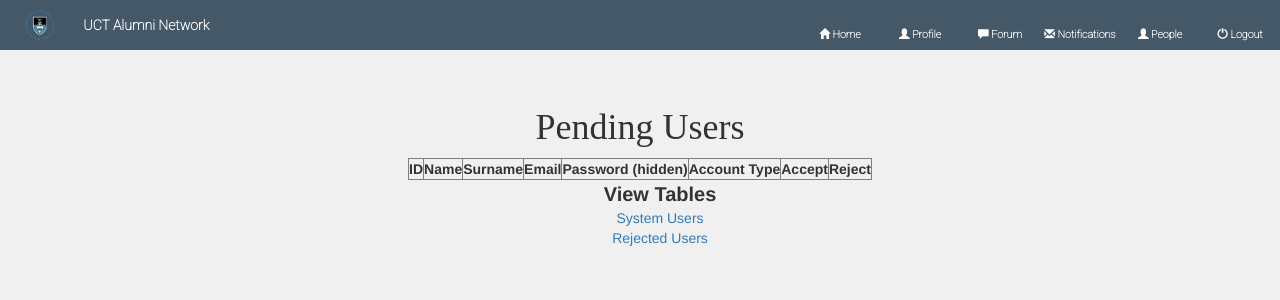
Repository: lorna-k/Workspace
Page: http://localhost/Alumni-2/JSP/PendingUsers.jsp
An editor plug-in stored every save of this project. The page is shown before and after the next save, followed by the edit.
The browser window is 1280 px wide. The pictures show the whole page.
Some web fonts or font styles are not loaded; a fallback is used. The page is served by Tomcat 9. Other server files are loaded and not shown. Queries for data that is not in the repository find no rows.

Above is the page before, as saved 2016-09-15 16:01:10.

### Alumni/Alumni-2/WebContent/JSP/PendingUsers.jsp


<%--
    Document   : AllPost
    Created on : Sep 1, 2016, 10:29:40 PM
    Author     : Skhumbuzo
--%>

<%@ page import="java.sql.*" %>
<%@ page import="dao.DataAccess" %>

<% Class.forName("com.mysql.jdbc.Driver"); %>

<!DOCTYPE html PUBLIC "-//W3C//DTD HTML 4.01 Transitional//EN" "http://www.w3.org/TR/html4/loose.dtd">
<html>
<head>
<meta http-equiv="Content-Type" content="text/html; charset=ISO-8859-1">

<!--|||||||||||||||||| I am sure that we do not have to copy and poster the style tages in every page  ||||||||||||||||||-->

	<meta name="viewport" content="width=device-width, initial-scale=1, maximum-scale=1">
	<meta charset="ISO-8859-1">

	<!-- css -->
	<link rel="stylesheet" href="../css/normalize.css">
	<link rel="stylesheet" href="../css/nav_style.css">
	<link rel="stylesheet" href="../css/site_styles.css">
	<link rel="stylesheet" type="text/css" href="../css/feed_style.css">

	<!-- font -->
	<link href='http://fonts.googleapis.com/css?family=PT+Sans:400,700' rel='stylesheet' type='text/css'>
	<link href="https://fonts.googleapis.com/css?family=Open+Sans|Raleway|Roboto:100" rel="stylesheet">
	<!-- JQuery -->
	<link rel="stylesheet" href="http://maxcdn.bootstrapcdn.com/bootstrap/3.3.7/css/bootstrap.min.css">
  <script src="https://ajax.googleapis.com/ajax/libs/jquery/1.12.4/jquery.min.js"></script>
  <script src="http://maxcdn.bootstrapcdn.com/bootstrap/3.3.7/js/bootstrap.min.js"></script>



	<script>
	$(function() {
		var pull 		= $('#pull');
		menu 		= $('nav ul');
		menuHeight	= menu.height();

		$(pull).on('click', function(e) {
			e.preventDefault();
			menu.slideToggle();
		});

		$(window).resize(function(){
			var w = $(window).width();
			if(w > 320 && menu.is(':hidden')) {
				menu.removeAttr('style');
			}
		});
	 });
	 </script>
	<script>!function(d,s,id){var js,fjs=d.getElementsByTagName(s)[0],p=/^http:/.test(d.location)?'http':'https';if(!d.getElementById(id)){js=d.createElement(s);js.id=id;js.src=p+"://platform.twitter.com/widgets.js";fjs.parentNode.insertBefore(js,fjs);}}(document,"script","twitter-wjs");</script>


   <title>Feeds</title>

</head>
 <body>
	   <div nav-container style="position:fixed; top:0; left:0; right:0; z-index:1">
			<nav style="padding-top:10px">
				<a href="../index.html" class="nav-title"><img class="nav-logo" src="../uct-logo.png"></a>
				<span class="header-title" style="color:white;">UCT Alumni Network</span>
				<ul class="clearfix">
					<li><a href="../index.html"><span class="glyphicon glyphicon-home" aria-hidden="true"></span> Home</a></li>
					<li><a href="../profile.html"><span class="glyphicon glyphicon-user" aria-hidden="true"></span> Profile</a></li>
					<li><a href="Feed.jsp"><span class="glyphicon glyphicon-comment" aria-hidden="true"></span> Forum</a></li>
					<li><a href=""><span class="glyphicon glyphicon-envelope" aria-hidden="true"></span> Notifications</a></li>
					<li><a href=""><span class="glyphicon glyphicon-user" aria-hidden="true"></span> People</a></li>
					<li><a href="../index.html"><span class="glyphicon glyphicon-off" aria-hidden="true"></span> Logout</a></li>
				</ul>
				<a href="#" id="pull">Menu</a>
			</nav>
		</div>

        <H1 align="center" style="margin-top:15vh;font-family:Aria">Pending Users</H1>

        <%
            Connection connection = DriverManager.getConnection("jdbc:mysql://137.158.160.145:3306/ngwphu001", "ngwphu001", "eupheyei");

            Statement statement = connection.createStatement() ;
            ResultSet resultset =
            statement.executeQuery("select * from Pending_Users") ;
        %>
        <div align="center">
			<form action="${pageContext.request.contextPath}/ProcessRequest" method="post">

		        <TABLE BORDER="1">
		            <TR>
		                <TH>ID</TH>
		                <TH>Name</TH>
		                <TH>Surname</TH>
		                <TH>Email</TH>
		                <TH>Password (hidden)</TH>
		                <TH>Account Type</TH>
		                <TH>Accept</TH>
		                <TH>Reject</TH>
		            </TR>
		            <% while(resultset.next())
		            {
		            	String id=resultset.getString(1);
		            	DataAccess da=new DataAccess();
		            %>
		            <TR>
		                <TD> <%= resultset.getString(1) %></TD>
		                <TD> <%= resultset.getString(2) %></TD>
		                <TD> <%= resultset.getString(3) %></TD>
		                <TD> <%= resultset.getString(4) %></TD>
		                <TD align="center"> ****************</TD>
		                <TD> <%= resultset.getString(6) %></TD>
		                <TD><input type="submit" name="accept" value="<%=id%>" style="width:100%" /></TD>
		                <TD><input type="submit" name="reject" value="<%=id%>" style="width:100%" /></TD>
		            </TR>
		            <% } %>
		        </TABLE>

	        </form>


	        <ul style="list-style: none;">
	        	<li><strong style="font-size:20px">View Tables</strong></li>
	        	<li><a href="SystemUsers.jsp">System Users</a></li>
	        	<li><a href="RejectedUsers.jsp">Rejected Users</a></li>
	        </ul>




        </div>



    </BODY>
</HTML>

### Alumni/Alumni-2/WebContent/css/nav_style.css
/* Clearfix */
.clearfix:before,
.clearfix:after {
    content: " ";
    display: table;
}
.clearfix:after {
    clear: both;
}
.clearfix {
    *zoom: 1;
}



/* Basic Styles */
body {
	background-color: #f0f0f0 !important;
}
nav {
	height: 50px;
	width: 100%;
	background: #455868;
	font-family: 'Roboto','Open Sans', 'PT Sans', Arial, sans-serif;
	font-weight: bold;
	position: relative;
	/*border-top: 1px solid #283744;*/
}
img.nav-logo{
	width:30px;
    height:auto;
}
nav ul {
	padding: 0;
	margin: 0 auto;
	width: 480px;
	height: 50px;
	float: right;
}
nav li {
	display: inline;
	float: left;
	font-size: 8pt;
}
nav a {
	color: #fff;
	display: inline-block;
	width: 80px;
	text-align: center;
	text-decoration: none;
	line-height: 50px;
}
nav li a {
	/*border-right: 1px solid #576979;*/
	box-sizing:border-box;
	-moz-box-sizing:border-box;
	-webkit-box-sizing:border-box;
}
/*.nav-container{
	position:fixed;
	top:0;
	left:0;
	right:0;
}*/
.nav-title{
	font-size: 20px;
}
nav a:hover, nav a:active {
	/*background-color: #8c99a4;*/
	text-decoration: none;
	color: #1FBAD6;
	background: rgba(0, 0, 0, .5);

}
nav a#pull {
	display: none;
}

/*Styles for screen 600px and lower*/
@media screen and (max-width: 708px) {
	.nav-logo{
		width: 100%;
		height: inherit;
	}
	nav {
  		height: auto;
  	}
  	nav ul {
  		width: 100%;
  		display: block;
  		height: auto;
  		float: none;
  		border-top: 1px solid #283744;
  	}
  	nav li {
  		width: 50%;
  		float: right;
  		position: relative;
  	}
  	nav li a {
		border-bottom: 1px solid #576979;
		border-right: 1px solid #576979;
	}
  	nav a {
	  	text-align: left;
	  	width: 100%;
	  	text-indent: 25px;
  	}
}

/*Styles for screen 515px and lower*/
@media only screen and (max-width : 707px) {
	.nav-logo{
		display: none;
	}
	nav {
		border-bottom: 0;
	}
	nav ul {
		display: none;
		height: auto;
		float: none;
	}
	nav a#pull {
		display: block;
		background-color: #283744;
		width: 100%;
		position: relative;
	}
	nav a#pull:after {
		content:"";
		background: url('nav-icon.png') no-repeat;
		width: 30px;
		height: 30px;
		display: inline-block;
		position: absolute;
		right: 15px;
		top: 10px;
	}
}

/*Smartphone*/
@media only screen and (max-width : 320px) {
	nav li {
		display: block;
		float: none;
		width: 100%;
	}
	nav li a {
		border-bottom: 1px solid #576979;
	}
}

### Alumni/Alumni-2/WebContent/css/feed_style.css
.posts-section {
   /*margin-left: 200px;
   */
   width:320px;

}
.content{
   /*position: relative;*/
   /*top: 82px;*/
}

.feed-section {
	width: 220px;
	overflow-y: scroll;
/* position: fixed;
    top: 82px;
    right: 300px;
    bottom: 10px;
    width: 300px;
    background-color: #eee;*/
   /* position: relative;
    top: 80px;*/
  }
@media screen and (max-width: 328px) {
	.feed-section {
		display: none;
	}
}

.timeline-Footer.u-cf{
	display: none;
}






/*////////////////////////////////////[Posts styles]///////////////////////////////////////*/





#pic_name
{
	margin-left:5px;
	margin-right:5px;
	height:50px;
	background-color: #455868;
	box-shadow:2px 2px black;
	/* border-radius:5px; */
	margin-top:10vw;
}


.name
{
	color:#fff;
	font-size: 2.5vw;
	font-weight: bold;
	font-family: Helvetica;
	/*text-shadow: 5px 5px 5px rgba(0,0,0,08);*/
	height:50px;
	/* width:50vw; */
	margin:0;
	padding:0;
	padding-top:1px;
	/* box-shadow:2px 2px black; */
}

 @media(max-width:750px){.name{width:100%;font-size: 5vw;}}

.message_frame
{
	height:200px;
	margin-top:5px;
	margin-bottom:10px;
	margin-left:5px;
	margin-right:5px;
	border-radius:5px;
	box-shadow:2px 2px black;
	font-size:20px;
	font-family:Arial Black;
	word-wrap: break-word;
	overflow: auto;padding-top:7%;
	padding-right:7%;
	padding-left:7%;
}


.comment
{
	margin-left:5px;
	margin-right:5px;
	height:50px;
	box-shadow:2px 2px black;
	border-radius:5px;
	padding-top:10px;
	padding-right:5px;
	padding-left:15px;
	word-wrap: break-word;
	overflow: auto;

}

.comments:hover
{
	color:white;
	border:2px solid blue;
	background-color:#1fc9fb;
}
.likes
{
	border:2px solid black;
}
.likes:hover
{
	color:white;
	border:2px solid blue;
	background-color:#1fc9fb;
}

.comments
{
	border:2px solid #346257;
	overflow: auto;
}

/*Commnet Base Section*/

.comment-base
{
	height:200px;
	/* border:2px solid black; */

	margin-left:5px;
	margin-right:5px;
	margin-top:10px;
	overflow: auto;
	box-shadow:0px 1px 1px black;
	border-radius:5px;
}

Loaded but not shown: Alumni/Alumni-2/WebContent/css/normalize.css (library); Alumni/Alumni-2/WebContent/css/site_styles.css (no copy from this time; the picture is the same without it)

After the next save:
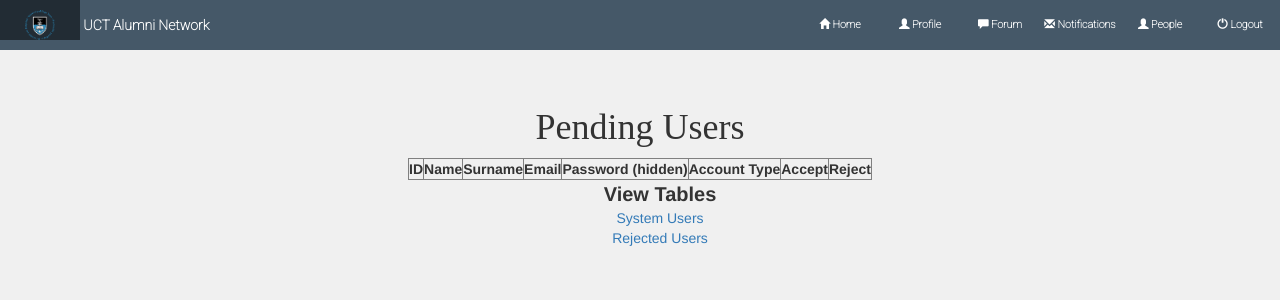
Saved 57 s later.
--- a/Alumni/Alumni-2/WebContent/JSP/PendingUsers.jsp
+++ b/Alumni/Alumni-2/WebContent/JSP/PendingUsers.jsp
@@ -64,8 +64,8 @@
 </head>
  <body>
 	   <div nav-container style="position:fixed; top:0; left:0; right:0; z-index:1">
-			<nav style="padding-top:10px">
-				<a href="../index.html" class="nav-title"><img class="nav-logo" src="../uct-logo.png"></a>
+			<nav class="clearfix">
+				<a style="padding-top:10px" href="../index.html" class="nav-title"><img class="nav-logo" src="../uct-logo.png"></a>
 				<span class="header-title" style="color:white;">UCT Alumni Network</span>
 				<ul class="clearfix">
 					<li><a href="../index.html"><span class="glyphicon glyphicon-home" aria-hidden="true"></span> Home</a></li>
